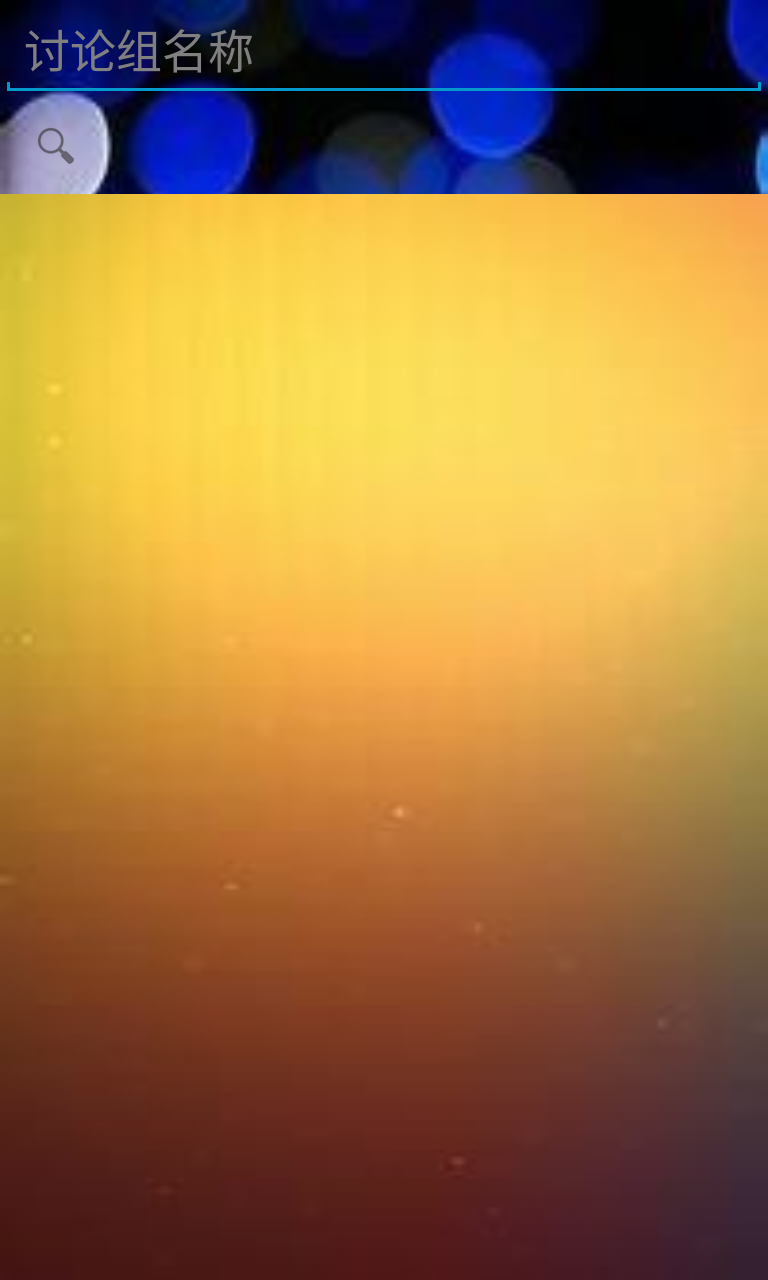
Repository: aojue/HappyAA
Layout: HappyAA/res/layout/creat_tell.xml
The author's editor kept a copy of each file at every save. The layout is drawn from the files as they stood at one save, then again after the next save.
It is drawn on a 768 x 1280 px phone screen (xhdpi) without system bars, with theme AppTheme; the app's code is not run. Lists and similar views that code fills are empty.

Above is the layout before, as saved 2014-10-26 03:15:32.

### HappyAA/res/layout/creat_tell.xml
<?xml version="1.0" encoding="utf-8"?>

    <LinearLayout xmlns:android="http://schemas.android.com/apk/res/android"
        xmlns:tools="http://schemas.android.com/tools"
        android:id="@+id/Linearlayout2"
        android:layout_width="fill_parent"
        android:layout_height="fill_parent"
        android:orientation="vertical"
        tools:context=".CreatTell"
    	android:background="@drawable/ic_lb_g">

        <EditText
            android:id="@+id/editText1"
            android:layout_width="match_parent"
            android:layout_height="wrap_content"
            android:ems="10"
            android:hint="讨论组名称"
            android:inputType="text"
            android:textSize="23sp"
            android:layout_gravity="center_vertical">

            <requestFocus />
        </EditText>

        <SearchView
            android:id="@+id/searchView1"
            android:layout_width="wrap_content"
            android:layout_height="wrap_content">
        </SearchView>

        <ListView
                android:id="@+id/ls_people"
                android:layout_width="fill_parent"
                android:layout_height="fill_parent"
                android:layout_marginBottom="0dp"
                android:layout_weight="1"
                android:cacheColorHint="#00000000"
        		android:dividerHeight="0dp"
        		android:focusableInTouchMode="true"
        		android:background="@drawable/ic_lb_f">
            </ListView>

    </LinearLayout>

Loaded but not shown: HappyAA/res/values/styles.xml (common file); HappyAA/res/values-v11/styles.xml (common file); HappyAA/res/values-v14/styles.xml (common file)

After the next save:
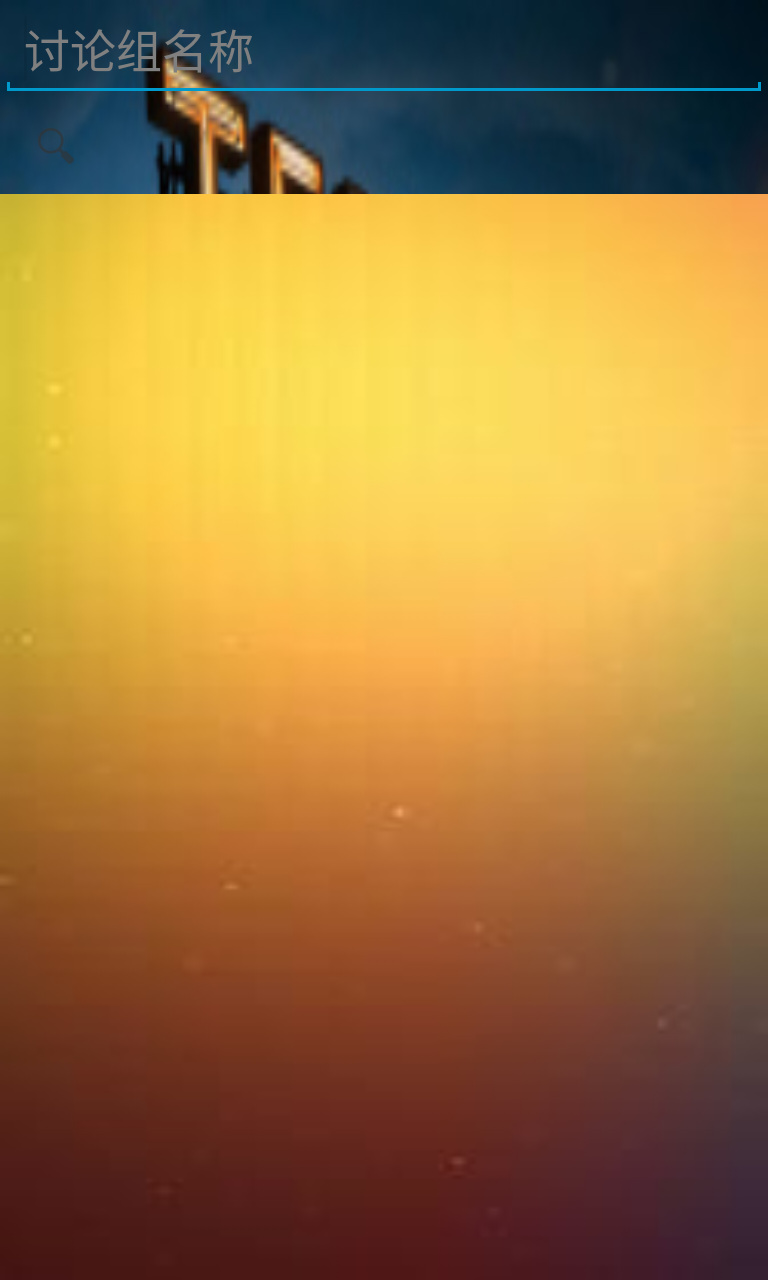
Saved 11 s later.
--- a/HappyAA/res/layout/creat_tell.xml
+++ b/HappyAA/res/layout/creat_tell.xml
@@ -7,7 +7,7 @@
         android:layout_height="fill_parent"
         android:orientation="vertical"
         tools:context=".CreatTell"
-    	android:background="@drawable/ic_lb_g">
+    	android:background="@drawable/ic_lb_d">
 
         <EditText
             android:id="@+id/editText1"
